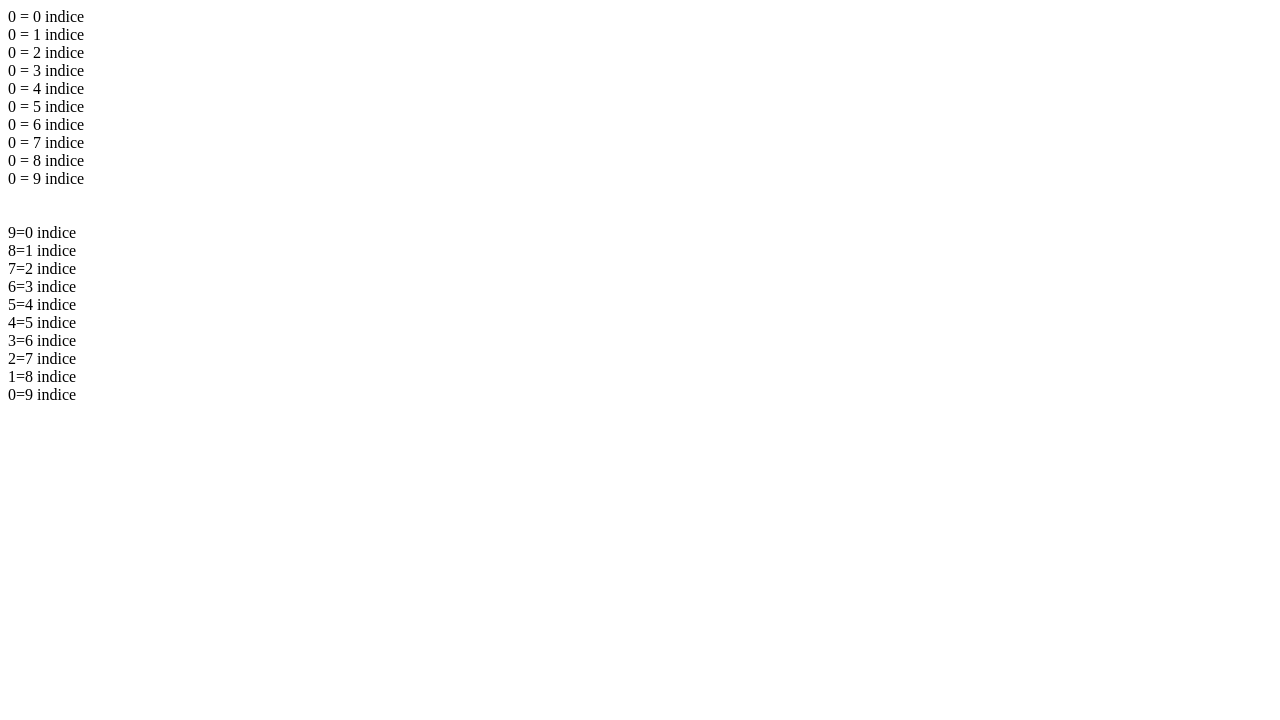
Repository: Sxcram02/1-daw
Page: http://localhost/ejercicios.php
The author's editor kept a copy of each file at every save. The page is drawn from the files as they stood at one save, then again after the next save.
The browser window is 1280 px wide. The pictures show the whole page.
The page is run by PHP 8.4 with error messages shown; the project is at /var/www/html/.

Above is the page before, as saved 2023-02-07 16:13:34.

### PROG/ejercicios.php
<?php
    //EJERCICIO 1

    for($i=0;$i<10;$i++){
        $array1[$i] = 0;
        echo $array1[$i]." = $i indice \n";
        echo "<br />";
    };

    // EJERCICIO 2
    echo "<br />";

    $num = 0;

    for($j=0;$j<10;$j++){
        $array2[$j] = $num;
        $num = $num + 1;
    };

    echo "<br />";

    $array2 = array_reverse($array2,false);
    foreach($array2 as $clave => $valor){
        echo "{$valor}={$clave} indice \n";
        echo "<br />";
    };

    // EJERCICIO 3
    echo "<br />";

    $num = 0;

    for($i=0;$i<10;$i++){
        if($num%2==0){

        }elseif($num%2==1){

        }else{
            error_reporting();
        };
        $num = $num + 1;
    };
?>

After the next save:
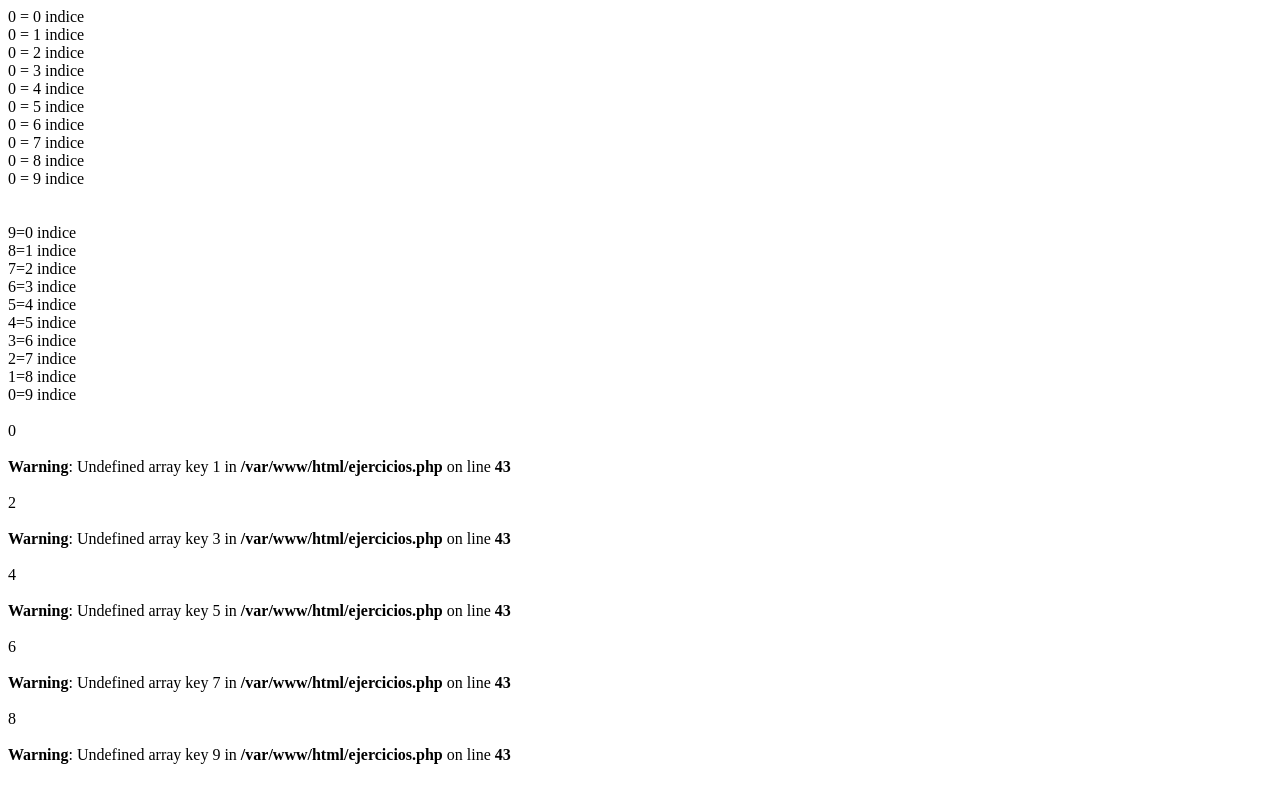
Saved 3 min 45 s later.
--- a/PROG/ejercicios.php
+++ b/PROG/ejercicios.php
@@ -29,15 +29,19 @@
     echo "<br />";
 
     $num = 0;
+    $cont = 0;
 
     for($i=0;$i<10;$i++){
         if($num%2==0){
-
+            $array3[$i] = $num;
         }elseif($num%2==1){
-
+            $array4 = array($cont => $num);
+            $cont = $cont + 1;
         }else{
             error_reporting();
         };
+        echo $array3[$i]." ";
+        echo "<br />";
         $num = $num + 1;
     };
 ?>
